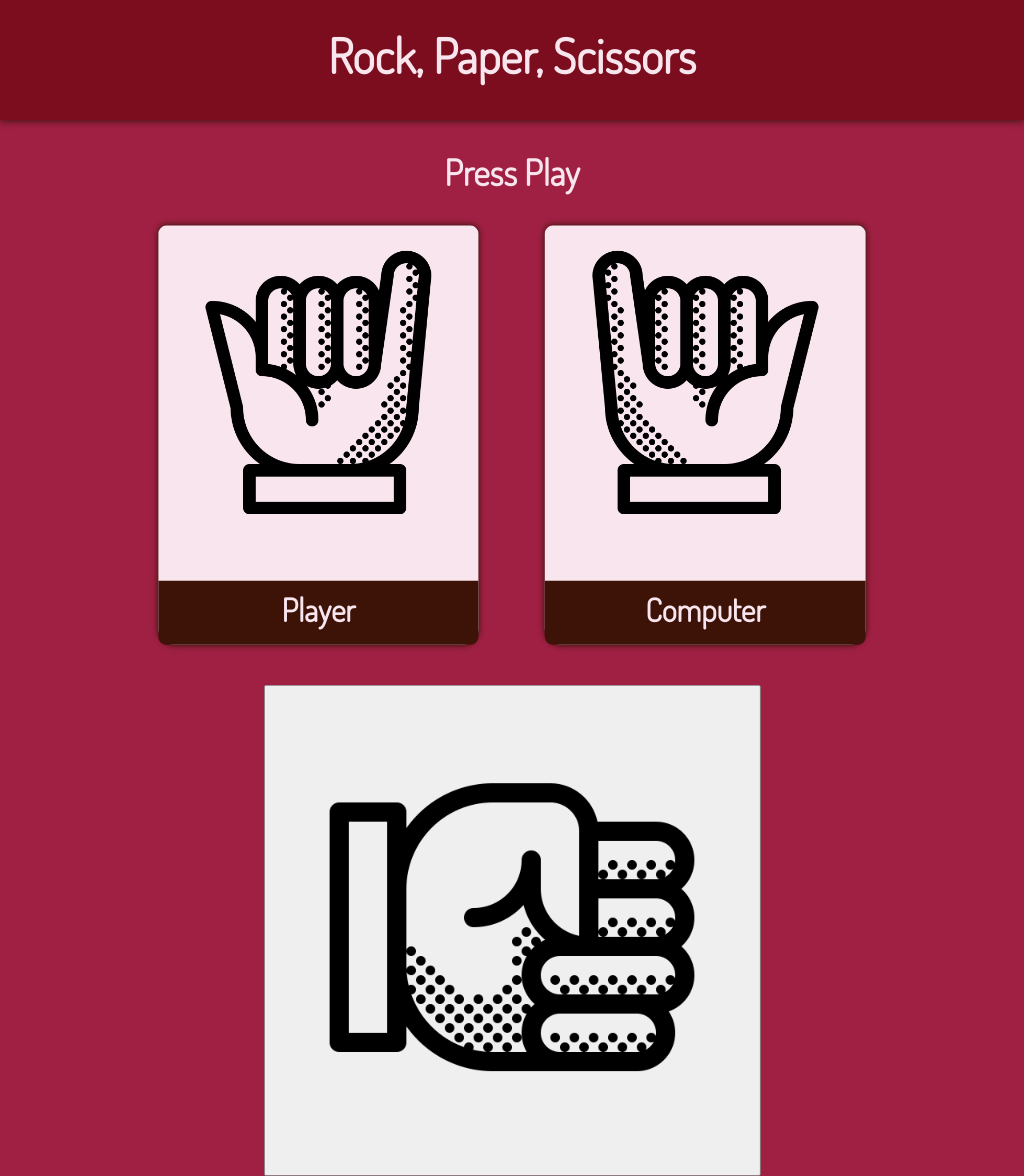
Repository: shayanabedi98/rock-paper-scissors
Page: index.html
An editor plug-in stored every save of this project. The page is shown before and after the next save, followed by the edit.
The browser window is 1280 px wide. The pictures show the whole page, at 80% of full size.

Above is the page before, as saved 2023-07-13 22:55:26.
Console error: TypeError: Cannot read properties of null (reading 'addEventListener')

After the next save:
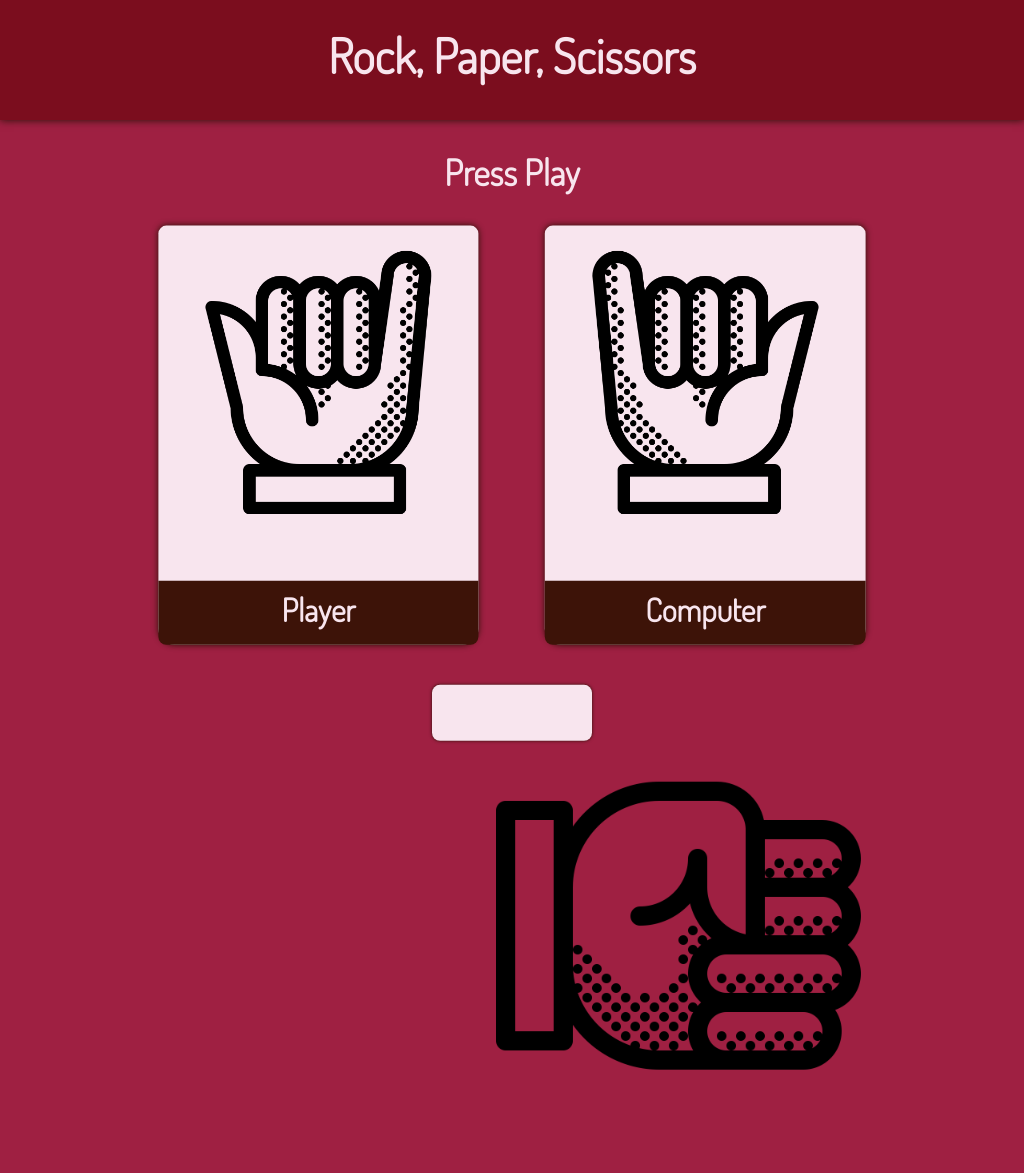
Saved 28 s later.
--- a/styles.css
+++ b/styles.css
@@ -58,9 +58,7 @@ h1 {
     margin-top: 50px;
 }
 
-#btn {
-    font-size: 40px;
-    font-weight: 800;
+#rock {
     font-family: 'Dosis', sans-serif;
     background-color: #F8E5EE;
     color: #211103;
